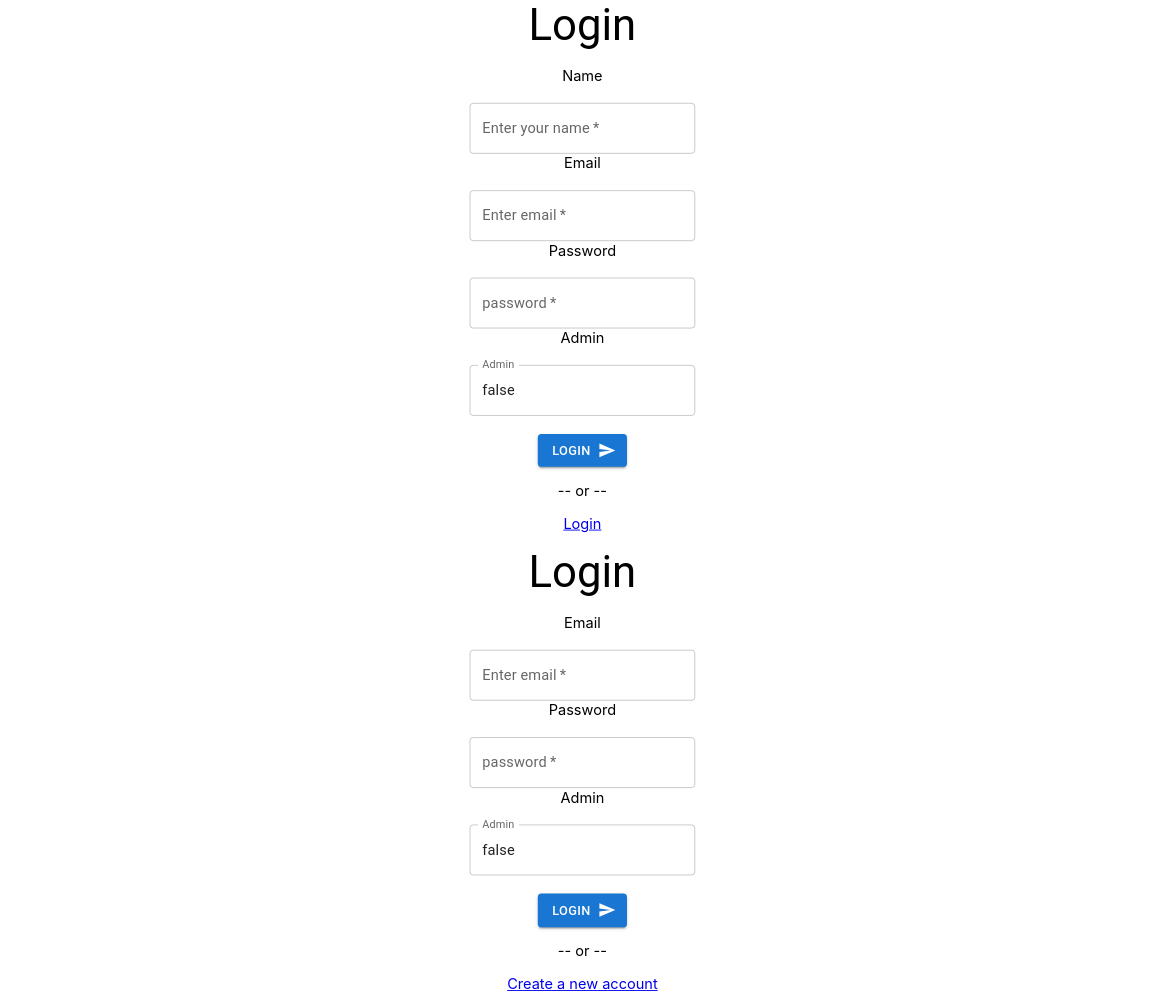
Repository: nj10deadend/mern-w-auth-app
Page: /registration (app in frontend/store/)
An editor plug-in stored every save of this project. The page is shown before and after the next save, followed by the edit.
The browser window is 1280 px wide. The pictures show the whole page, at 91% of full size.
The page's requests for data from a server got no answer. The project was rebuilt for these pictures with package versions that can differ from the ones it lists, and the page was loaded fresh each time. No one was signed in, and anything a server would have sent is missing. Also part of the build but not shown: frontend/store/src/components/Items.js, frontend/store/src/AuthenticatedApp.js.

Above is the page before, as saved 2022-01-07 00:15:55.

### frontend/store/src/App.js
import './App.css';
import { UserProvider } from './context/UserDataContext';
import Home from './Home';

function App() {

  return (
    <UserProvider>
      <Home />
    </UserProvider>
  );
}

export default App;

### frontend/store/src/context/UserDataContext.js
import { createContext } from 'react';
import {useContext} from 'react';
import {useState, useEffect} from 'react';
import {useMemo} from 'react';

export const UserDataContext = createContext();

console.log(UserDataContext);
export const UserProvider = ({children}) => {

    const [currentUser, setCurrentUser] = useState(null);
    const [authChecked, setAuthChecked] = useState(false);


    const [name, setName] = useState("");
    const [email, setEmail] = useState("");
    const [password, setPassword] = useState("");
    const [admin, setAdmin] = useState(false);
    const [jwtToken, setJwtToken] = useState("private-key");



    return (
        //// value is almost always an object unless there is only one/////
        <UserDataContext.Provider
        value={{name, setName, email, setEmail, password, setPassword, admin, setAdmin, currentUser,
        setCurrentUser, authChecked, setAuthChecked, jwtToken, setJwtToken}}
        >

            {children}

        </UserDataContext.Provider>
    )
}

### frontend/store/src/Home.js
import './App.css';
import { BrowserRouter } from 'react-router-dom';
import { Route, Routes} from 'react-router-dom';
import {useState, useEffect} from 'react';
import axios from 'axios';
import UnauthenticatedApp from './UnauthenticatedApp';
import AuthenticatedApp from './AuthenticatedApp';
import { UserDataContext } from './context/UserDataContext';
import { useContext } from 'react';

function Home() {


  //// THIS IS THE WAAAAAAAAAAY //////
  const {currentUser, setCurrentUser, authChecked, setAuthChecked, jwtToken, setJwtToken} = useContext(UserDataContext);


  console.log(currentUser);
  console.log(jwtToken);
  function getCurrentUser () {

    axios.get('http://localhost:8080/user/me', {
      credentials: 'include'
    }).then(res => {
      if (res.ok) {
        res.json().then((user) => {
          console.log(user);
          setCurrentUser(user)
          setAuthChecked(true);
        })
      } else {
        setAuthChecked(true)
        console.log(authChecked);
        console.log("Unauthorized")
      }
    })

  }
  useEffect(getCurrentUser, []);

  if(currentUser !== null) {
    return (
      <div></div>
    )
  }
  console.log(currentUser);


  return (
      <div className="App">
        <BrowserRouter>
          <Routes>
            {currentUser ? (
              <Route path='*' element= {<AuthenticatedApp />}/> /// Needs currentUser and setCurrentUSer
            ): (
              <Route path='*'
              element={
                <UnauthenticatedApp
                // setCurrentUser={setCurrentUser}
                />
              }
              />
            )}
          </Routes>

        </BrowserRouter>
      </div>
  );
}

export default Home;

### frontend/store/src/UnauthenticatedApp.js
import { Routes, Route } from 'react-router-dom';
import Item from './components/Items';
import Login from './components/Login';
import Registration from './components/Registration';

function UnauthenticatedApp ({setCurrentUser}) {
    return (
        <Routes>
            <Route path='*' element={<Login />} />
            {/* <Route path='/login' element={<Login />} /> */}

            <Route path='/registration' element={<Registration />} />
            <Route path='/items' element={<Item />} />

        </Routes>
    )
}

export default UnauthenticatedApp;

### frontend/store/src/components/Login.js
import { useState } from 'react';
import { useNavigate, Link } from 'react-router-dom';
import { Routes, Route } from 'react-router-dom';
import axios from 'axios';
import Button from '@mui/material/Button';
import SendIcon from '@material-ui/icons/Send';
import TextField from '@mui/material/TextField';
import Typography from '@mui/material/Typography';
import Box from '@mui/material/Box';
// import { useContext } from 'react';
// import { UserProvider } from '../context/UserDataContext';
import { UserDataContext } from '../context/UserDataContext';
import { useContext } from 'react';
import Registration from './Registration';


function Login () {

    // const [email, setEmail] = useState("");
    // const [password, setPassword] = useState("");
    // const [admin, setAdmin] = useState(false);
    // // const [jwtToken, setJwtToken] = useState("");
    const {email, setEmail, password, setPassword, admin, setAdmin, currentUser, setCurrentUser, jwtToken, setJwtToken} = useContext(UserDataContext);

    console.log(email);
    console.log(password);

    console.log(jwtToken);


    const navigate = useNavigate();

    async function loginPostReq () {

        return await axios.post('http://localhost:8080/user/login', {
            email: email,
            password: password
        })
        .then(function (response) {
            console.log(response);
            setJwtToken(response.data);
            // return response.data;
            navigate('/item')
        })
        .catch(function (error) {
            console.log(error);
            return null;
        });
    }
    async function loginToAcc (event) {
        event.preventDefault();
        setEmail("");
        setPassword("");
        await loginPostReq();

    }


    return (
        <Box>
            <Typography variant='h3' component='div' gutterBottom>Login</Typography>
            <form>
                <Box>
                    <label htmlFor="email">Email</label>
                    <br></br>
                    <br></br>
                    <TextField required id="outlined-email-input1" label="Enter email"
                    variant="outlined"
                    onChange={(event) => {setEmail(event.target.value)}}
                    value = {email}
                    />

                </Box>
                <Box>
                    <label htmlFor="password">Password</label>
                    <br></br>
                    <br></br>
                    <TextField required id="outlined-password-input1" label="password" type="password"
                    variant="outlined"
                    onChange={(event) => {setPassword(event.target.value)}}
                    value = {password}
                    />
                </Box>

                <Box>
                    <label htmlFor="admin">Admin</label>
                    <br></br>
                    <br></br>
                    <TextField id="outlined-read-only-input1" label="Admin"
                    InputProps={{
                      readOnly: true,
                    }}
                    value = {admin}
                    />
                </Box>
                <br></br>
                <Button variant="contained" endIcon={<SendIcon />} type="submit">Login</Button>
            </form>

            <p>-- or --</p>
            <p><Link to="/registration">Create a new account</Link></p>


            <Routes>
                <Route path="/registration" element={<Registration />} />
            </Routes>


        </Box>
    )
}

export default Login;

### frontend/store/src/components/Registration.js
import { useState } from 'react';
import { useNavigate, Link } from 'react-router-dom';
import { Routes, Route } from 'react-router-dom';
import axios from 'axios';
import Button from '@mui/material/Button';
import SendIcon from '@material-ui/icons/Send';
import TextField from '@mui/material/TextField';
import Typography from '@mui/material/Typography';
import Box from '@mui/material/Box';
import Login from './Login';
import { UserDataContext } from '../context/UserDataContext';
import { useContext } from 'react';
import Items from './Items';

function Registration () {
    const {name, setName, email, setEmail, password, setPassword, admin, setAdmin, currentUser, setCurrentUser, jwtToken, setJwtToken} = useContext(UserDataContext);



    const navigate = useNavigate();

    async function registrationPostReq () {

        return await axios.post('http://localhost:8080/user/register', {
            name: name,
            email: email,
            password: password,
            admin: admin
        })
        .then(function (response) {
            console.log(response);
            setJwtToken(response.data);
            // return response.data;
            navigate('/item')
        })
        .catch(function (error) {
            console.log(error);
            return null;
        });
    }
    async function createAcc (event) {
        event.preventDefault();
        setEmail("");
        setPassword("");
        await registrationPostReq();

    }
    return (
        <Box>
            <Typography variant='h3' component='div' gutterBottom>Login</Typography>
            <form>
                <Box>
                    <label htmlFor="name">Name</label>
                    <br></br>
                    <br></br>
                    <TextField required id="outlined-name-input" label="Enter your name"
                    variant="outlined"
                    onChange={(event) => {setName(event.target.value)}}
                    value = {name}
                    />

                </Box>
                <Box>
                    <label htmlFor="email">Email</label>
                    <br></br>
                    <br></br>
                    <TextField required id="outlined-email-input2" label="Enter email"
                    variant="outlined"
                    onChange={(event) => {setEmail(event.target.value)}}
                    value = {email}
                    />

                </Box>
                <Box>
                    <label htmlFor="password">Password</label>
                    <br></br>
                    <br></br>
                    <TextField required id="outlined-password-input2" label="password" type="password"
                    variant="outlined"
                    onChange={(event) => {setPassword(event.target.value)}}
                    value = {password}
                    />
                </Box>

                <Box>
                    <label htmlFor="admin">Admin</label>
                    <br></br>
                    <br></br>
                    <TextField id="outlined-read-only-input2" label="Admin"
                    InputProps={{
                      readOnly: true,
                    }}
                    value = {admin}
                    />
                </Box>
                <br></br>
                <Button variant="contained" endIcon={<SendIcon />} type="submit">Login</Button>
            </form>

            <p>-- or --</p>
            <p><Link to="*">Login</Link></p>


            <Routes>
                <Route path="*" element={<Login />} />
                <Route path="/items" element={<Items />} />
            </Routes>


        </Box>
    )
}

export default Registration;

Loaded but not shown: frontend/store/public/index.html (common file); frontend/store/src/index.js (common file); frontend/store/src/index.css (common file); frontend/store/src/reportWebVitals.js (common file); frontend/store/src/App.css (common file)

After the next save:
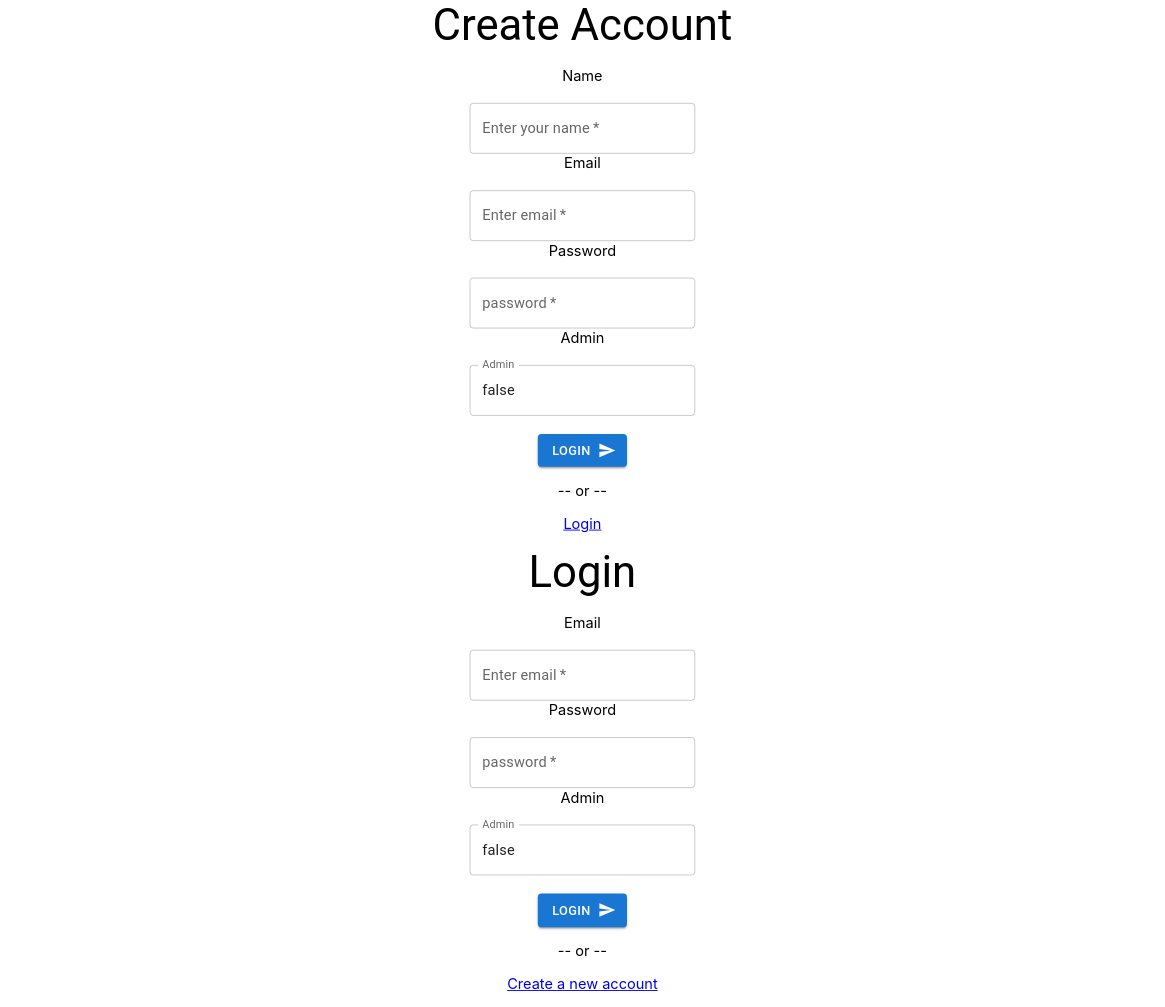
Saved 53 s later.
--- a/frontend/store/src/components/Registration.js
+++ b/frontend/store/src/components/Registration.js
@@ -47,7 +47,7 @@ function Registration () {
     }
     return (
         <Box>
-            <Typography variant='h3' component='div' gutterBottom>Login</Typography>
+            <Typography variant='h3' component='div' gutterBottom>Create Account</Typography>
             <form>
                 <Box>
                     <label htmlFor="name">Name</label>
